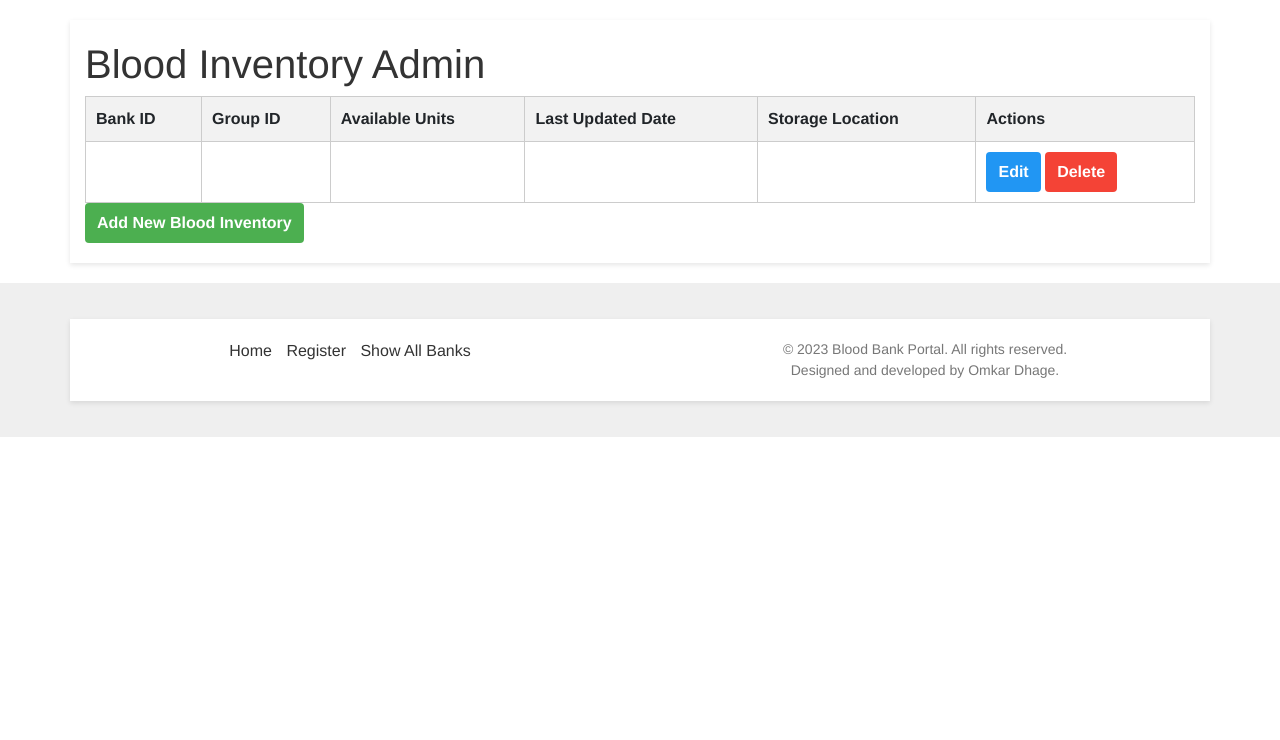
Repository: omi4535/Decentralized_Blood_Bank_System
Page: http://localhost/blood_bank_system/admin_page.jsp
These files come from the project's save history. The page is drawn as it stood at one moment and after the next save; the edit follows.
The browser window is 1280 px wide. The pictures show the whole page.
Some web libraries are served in a nearby version. The page is served by Tomcat 9. The template is opened directly, without the code that normally fills it, so the values that code supplies are empty.

Above is the page before, as saved 2023-07-05 17:37:41.

After the next save:
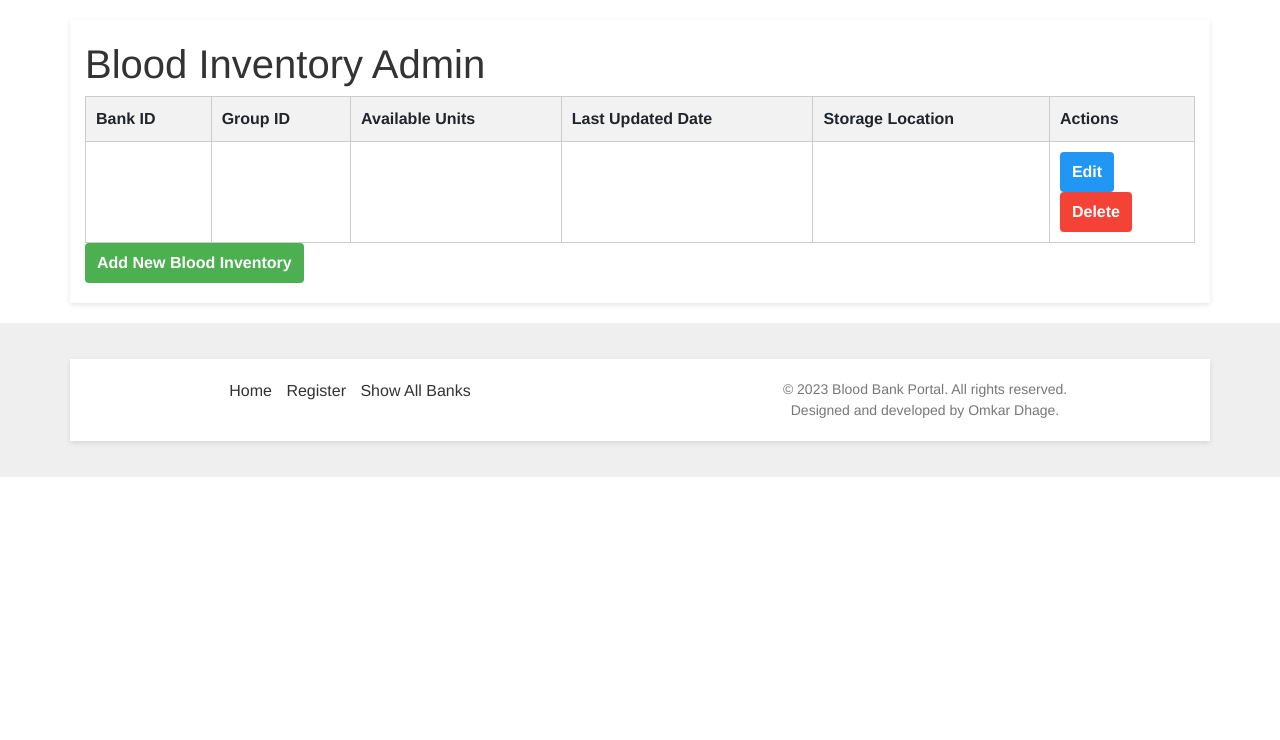
Saved 2 min 0 s later.
--- a/blood bank system/src/main/webapp/admin_page.jsp
+++ b/blood bank system/src/main/webapp/admin_page.jsp
@@ -107,13 +107,17 @@
                     <td>${bloodInventory.lastUpdatedDate}</td>
                     <td>${bloodInventory.storageLocation}</td>
                     <td>
+                    <form action="/servlet-url" method="post">
                         <button class="button button-blue">Edit</button>
+                      </form>
+                       <form action="/servlet-url" method="post">
                         <button class="button button-red">Delete</button>
+                    </form>
                     </td>
                 </tr>
             </c:forEach>
         </table>
-        <a href="add_inventory"><button class="button">Add New Blood Inventory</button></a>
+       <form action="/servlet-url" method="post"><button class="button">Add New Blood Inventory</button></form>
     </div>
      <%@ include file="footer.jsp"  %>
 
